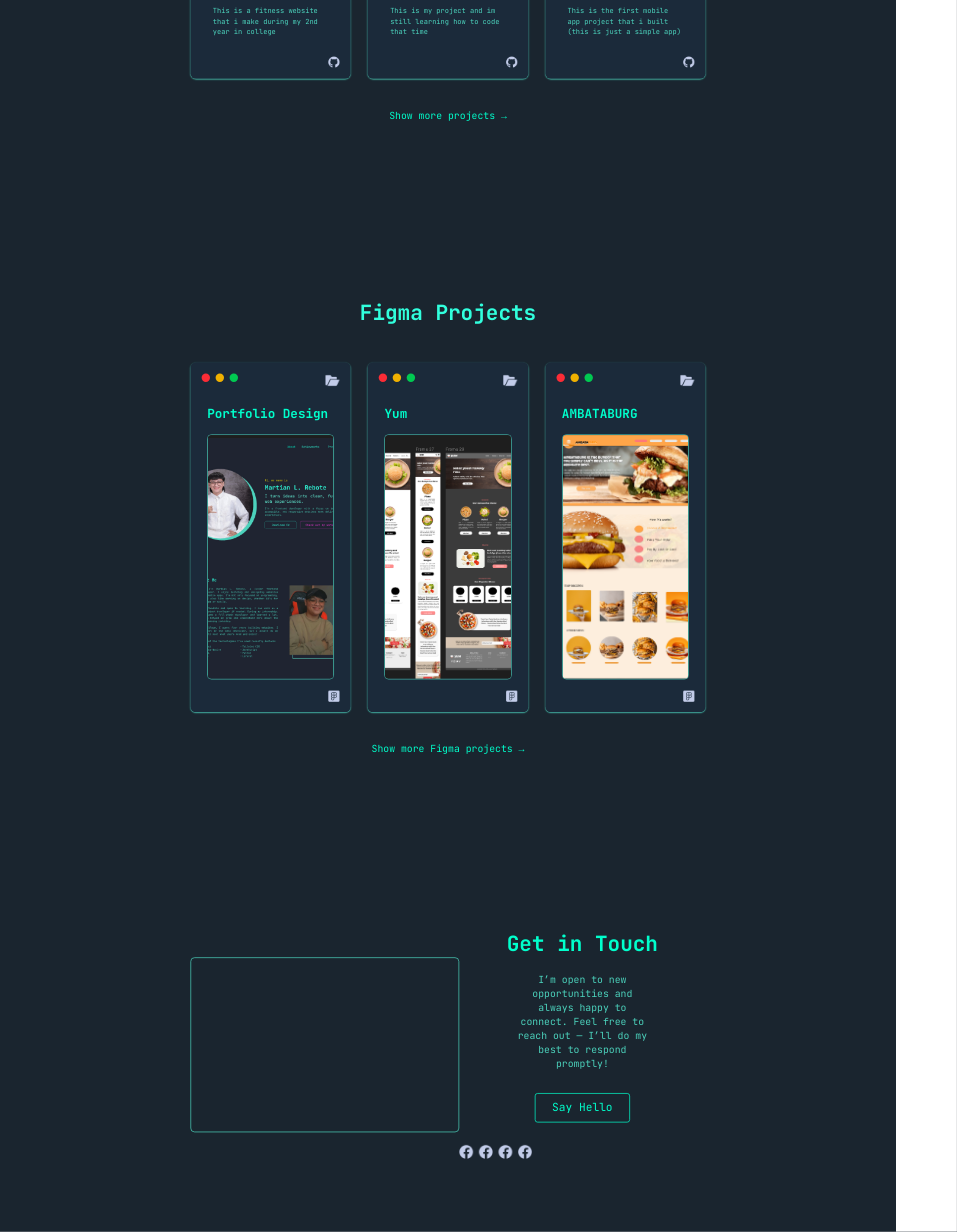
Repository: m4rsu-code/Portfolio
Page: / (app in my-portfolio/)
An editor plug-in stored every save of this project. The page is shown before and after the next save, followed by the edit.
The browser window is 1280 px wide. The page is 1367 px wide, so the pictures cover 1367 px, including what lies to the right of the window. The pictures show the part of the page from y = 3271 to 5031 px (the page is 5031 px tall), at 70% of full size.
The project was rebuilt for these pictures with package versions that can differ from the ones it lists, and the page was loaded fresh each time. Also part of the build but not shown: my-portfolio/vite.config.js, my-portfolio/src/assets/components/Modal/AchievementModal.jsx, my-portfolio/src/AchievementsPage.jsx, my-portfolio/src/ProjectPage.jsx, my-portfolio/src/FigmaProjectsPage.jsx.

Above is the page before, as saved 2025-08-04 18:22:01.

### my-portfolio/src/main.jsx
import { StrictMode } from "react";
import { createRoot } from "react-dom/client";
import { BrowserRouter as Router, Routes, Route } from "react-router-dom";
import "./assets/CSS/index.css";
import App from "./App.jsx";
import AchievementsPage from "./AchievementsPage.jsx";
import ProjectPage from "./ProjectPage.jsx";
import FigmaProjectsPage from "./FigmaProjectsPage.jsx";
import ScrollToTop from "./assets/components/ScrollToTop.jsx";

createRoot(document.getElementById("root")).render(
  <StrictMode>
    <Router>
      <ScrollToTop />
      <Routes>
        <Route path="/" element={<App />} />
        <Route path="/achievements" element={<AchievementsPage />} />
        <Route path="/projects" element={<ProjectPage />} />
        <Route path="/figma-projects" element={<FigmaProjectsPage />} />
      </Routes>
    </Router>
  </StrictMode>
);

### my-portfolio/src/assets/CSS/index.css
@import "tailwindcss";

@layer base {
  .font-jetbrains-mono {
    font-family: 'JetBrains Mono', monospace;
  }
}

### my-portfolio/src/App.jsx
import { useState } from 'react';
import { Link } from 'react-router-dom';
import Navbar from './assets/components/Navbar';
import AchievementModal from './assets/components/Modal/AchievementModal';
import './assets/CSS/animation.css';
import { achievements, projects, figmaProjects } from './assets/components/data';
import ScrollToTopButton from './assets/components/ScrollToTopButton';

function App() {
  const [isModalOpen, setIsModalOpen] = useState(false);
  const [selectedAchievement, setSelectedAchievement] = useState(null);

  const openModal = (achievement) => {
    setSelectedAchievement(achievement);
    setIsModalOpen(true);
  };

  const closeModal = () => {
    setIsModalOpen(false);
    setSelectedAchievement(null);
  };

  return (
    <div className='min-h-screen bg-[#1A252F]'>
      <Navbar />
      <ScrollToTopButton />
      <div className='w-full px-60 py-10'>
        {/* Introduction Section */}
        <div className="flex flex-col items-center justify-center mt-30">
          <div className="flex flex-col md:flex-row items-center justify-center gap-35 px-8 py-16">
            {/* Image with Glowing Effect */}
            <div className="relative">
              <div className="rounded-full border-[2px] border-[#00FFCC] overflow-hidden w-[500px] h-[500px] animate-glow">
                <img
                  src="/Images/me.png"
                  alt="Martian L. Rebote"
                  className="object-cover w-full h-full"
                />
              </div>
            </div>

            {/* Text Content */}
            <div className="text-center md:text-left font-jetbrains-mono">
              <div className='w-full md:w-[750px]'>
                <p className="text-[#FFEA00] text-[18px]">Hi, my name is</p>
                <h1 className="text-[#00FFCC] text-[45px] font-bold mt-2">Martian L. Rebote</h1>
                <p className="text-base text-[30px] font-bold text-[#57CDB9] mt-4">
                  I turn ideas into clean, functional web experiences.
                </p>
                <p className="mt-4 text-[#4CD2BC] leading-relaxed text-[18px]">
                  I’m a frontend developer with a focus on building fast, accessible, and responsive websites that deliver great user experiences.
                </p>
              </div>

              <div className="mt-6 flex flex-col sm:flex-row items-center gap-4">
                <a href="/Martian_Rebote_CV.pdf" className="border border-[#00FFCC] px-5 py-2 rounded-md text-[#00FFCC] hover:bg-[#00FFCC] hover:text-black transition-colors">
                  Download CV
                </a>
                <a href="#projects" className="border border-[#FF38E5] px-5 py-2 rounded-md text-[#FF38E5] hover:bg-[#FF38E5] hover:text-black transition-colors">
                  Check out my work!
                </a>
              </div>
            </div>
          </div>
        </div>

        {/* About Me Section */}
        <div id="about" className="flex flex-col mt-30">
          <div className='flex flex-col md:flex-row items-center justify-between gap-10 px-8 py-16'>
            <div className='w-full md:w-[800px] text-left font-jetbrains-mono'>
              <h2 className='text-[#31FFDD] text-[30px] font-bold mb-7'>About Me</h2>
              <div className='w-full md:w-[900px] text-justify px-5'>
                <p className='text-[#4CD2BC] text-[18px] mt-4'>
                  Hi, I’m Martian L. Rebote, a junior frontend developer. I enjoy building and designing websites and mobile apps. I’m not only focused on programming, but I also like working on design, whether it’s for the web or mobile.
                </p>
                <p className='text-[#4CD2BC] text-[18px] mt-4'>
                  I’m flexible and open to learning. I can work as a full-stack developer if needed. During my internship, I became a full-stack developer and learned a lot, which helped me grow and understand more about the programming industry.
                </p>
                <p className='text-[#4CD2BC] text-[18px] mt-4'>
                  Some of the technologies I’ve used recently include:
                </p>

                <div className='flex flex-col sm:flex-row gap-10 mt-4'>
                  <ul className='text-[#4CD2BC] text-[18px] mt-2 list-disc pl-5'>
                    <li>React</li>
                    <li>React-Native</li>
                    <li>HTML</li>
                    <li>CSS</li>
                  </ul>
                  <ul className='text-[#4CD2BC] text-[18px] mt-2 list-disc pl-5'>
                    <li>Tailwind CSS</li>
                    <li>JavaScript</li>
                    <li>Python</li>
                    <li>Laravel</li>
                  </ul>
                </div>
              </div>
            </div>

            <div className="relative image-container w-[380px] h-[450px] group cursor-pointer">
              <div className="absolute left-5 w-full h-full border-3 border-[#00FFCC] rounded-[10px] uneven-box z-0 transition-transform duration-300 ease-in-out"></div>
              <div className="relative z-10 rounded-[10px] overflow-hidden w-full h-full transition-transform duration-300 ease-in-out group-hover:translate-x-[-10px] group-hover:translate-y-[-10px]">
                <img
                  src="/Images/me2.jpg"
                  alt="Martian L. Rebote"
                  className="object-cover w-full h-full"
                />
              </div>
            </div>
          </div>
        </div>

        {/* Achievements Section */}
        <div id="achievements" className="flex flex-col mt-30 px-8 py-16 font-jetbrains-mono">
          <h2 className="text-[#31FFDD] text-[30px] font-bold mb-12">Notable Achievements</h2>

          {/* Cards Grid - Limited to first 2 achievements */}
          <div>
            {/* First Row */}
            <div className="grid md:grid-cols-2 gap-10">
              {/* Left card (code-like box with image) */}
              <div className="bg-[#1B2A3A] rounded-lg p-4 flex flex-col h-96">
                <div className="flex gap-2 mb-4">
                  <div className="w-3 h-3 bg-red-500 rounded-full"></div>
                  <div className="w-3 h-3 bg-yellow-500 rounded-full"></div>
                  <div className="w-3 h-3 bg-green-500 rounded-full"></div>
                </div>
                <div
                  className="border border-[#4CD2BC] rounded-md flex-grow overflow-hidden group cursor-pointer"
                  onClick={() => openModal(achievements[0])}
                >
                  <img
                    src={achievements[0].image}
                    alt="Achievement Image"
                    className="w-full h-full object-cover transition-transform duration-300 ease-in-out group-hover:scale-110"
                  />
                </div>
              </div>

              {/* Right card (trophy + achievement with text) */}
              <div className="flex flex-col h-64">
                <p className="text-[#31FFDD] text-sm mb-2">Featured Achievement</p>
                <h3 className="text-[#31FFDD] text-lg font-bold flex items-center gap-2">
                  🏆 {achievements[0].title}
                </h3>
                <div className="border border-[#4CD2BC] rounded-md flex-grow mt-4 p-4 text-[#4CD2BC] text-sm overflow-auto">
                  {achievements[0].description}
                </div>
                <p className="text-[#4CD2BC] text-sm mt-2">Date: {achievements[0].date}</p>
              </div>
            </div>

            {/* Second Row */}
            <div className="grid md:grid-cols-2 gap-10 mt-10">
              {/* Left card (trophy + achievement with text) */}
              <div className="flex flex-col h-64">
                <p className="text-[#31FFDD] text-sm mb-2">Featured Achievement</p>
                <h3 className="text-[#31FFDD] text-lg font-bold flex items-center gap-2">
                  🏆 {achievements[1].title}
                </h3>
                <div className="border border-[#4CD2BC] rounded-md flex-grow mt-4 p-4 text-[#4CD2BC] text-sm overflow-auto">
                  {achievements[1].description}
                </div>
                <p className="text-[#4CD2BC] text-sm mt-2">Date: {achievements[1].date}</p>
              </div>

              {/* Right card (code-like box with image) */}
              <div className="bg-[#1B2A3A] rounded-lg p-4 flex flex-col h-96">
                <div className="flex gap-2 mb-4">
                  <div className="w-3 h-3 bg-red-500 rounded-full"></div>
                  <div className="w-3 h-3 bg-yellow-500 rounded-full"></div>
                  <div className="w-3 h-3 bg-green-500 rounded-full"></div>
                </div>
                <div
                  className="border border-[#4CD2BC] rounded-md flex-grow overflow-hidden group cursor-pointer"
                  onClick={() => openModal(achievements[1])}
                >
                  <img
                    src={achievements[1].image}
                    alt="Achievement Image"
                    className="w-full h-full object-cover transition-transform duration-300 ease-in-out group-hover:scale-110"
                  />
                </div>
              </div>
            </div>
          </div>

          {/* Show more link */}
          <div className="text-center mt-10">
            <Link
                to="/achievements"
                state={{ achievements }}
                className="text-[#31FFDD] text-sm hover:underline"
              >
                Show more achievements →
              </Link>
          </div>
        </div>

        {/* Project Section */}
        <div id='projects' className="flex flex-col mt-30 px-8 py-16 font-jetbrains-mono">
          <h2 className="text-[#31FFDD] text-[30px] text-center font-bold mb-12">Featured Projects</h2>
          <div className="grid grid-cols-1 sm:grid-cols-2 lg:grid-cols-3 gap-6">
            {projects.slice(0, 6).map((project) => (
              <div
                key={project.id}
                className="bg-[#1B2A3A] rounded-lg p-4 flex flex-col h-48 relative group shadow-xs shadow-[#4CD2BC] cursor-pointer transform transition-transform duration-300 ease-in-out hover:-translate-y-2"
              >
                <div className="flex gap-2">
                  <div className="w-3 h-3 bg-red-500 rounded-full"></div>
                  <div className="w-3 h-3 bg-yellow-500 rounded-full"></div>
                  <div className="w-3 h-3 bg-green-500 rounded-full"></div>
                  <div className="justify-end ml-auto">
                    <img src="/Images/open-folder.png" alt="Folder Icon" className="w-5 h-5" />
                  </div>
                </div>
                <div className="text-left rounded-md flex-grow p-4">
                  <h3 className="text-[#00FFCC] text-[18px] font-bold mb-2">{project.title}</h3>
                  <p className="text-[#4CD2BC] text-[10px]">{project.description}</p>
                </div>
                <div className="flex justify-end gap-2">
                  {project.githubLink ? (
                    <a href={project.githubLink} target="_blank" rel="noopener noreferrer" aria-label={`View ${project.title} on GitHub`}>
                      <img
                        src="/Images/github.png"
                        alt="GitHub Icon"
                        className="w-4 h-4 hover:invert hover:brightness-0 hover:sepia hover:saturate-[100%]"
                      />
                    </a>
                  ) : (
                    <img
                      src="/Images/github.png"
                      alt="GitHub Icon"
                      className="w-4 h-4 hover:invert hover:brightness-0 hover:sepia hover:saturate-[100%]"
                    />
                  )}
                  {project.title === 'Portfolio' && project.link && (
                    <a href={project.link} target="_blank" rel="noopener noreferrer" aria-label="View Portfolio Website">
                      <img
                        src="/Images/link.png"
                        alt="Link Icon"
                        className="w-4 h-4 hover:invert hover:brightness-0 hover:sepia hover:saturate-[100%]"
                      />
                    </a>
                  )}
                </div>
              </div>
            ))}
          </div>

          {projects.length > 6 && (
            <div className="text-center mt-10">
              <Link
                to="/projects"
                state={{ projects }}
                className="text-[#00FFCC] text-sm hover:underline"
              >
                Show more projects →
              </Link>
            </div>
          )}
        </div>

        {/* Figma Projects Section */}
        <div className="flex flex-col mt-30 px-8 py-16 font-jetbrains-mono">
          <h2 className="text-[#31FFDD] text-[30px] text-center font-bold mb-12">Figma Projects</h2>
          <div className="grid grid-cols-1 sm:grid-cols-2 lg:grid-cols-3 gap-6">
            {figmaProjects.slice(0, 3).map((project) => (
              <div
                key={project.id}
                className="bg-[#1B2A3A] rounded-lg p-4 flex flex-col h-[500px] relative group shadow-xs shadow-[#4CD2BC] cursor-pointer transform transition-transform duration-300 ease-in-out hover:-translate-y-2"
              >
                {/* Header with window controls and folder icon */}
                <div className="flex gap-2 mb-4">
                  <div className="w-3 h-3 bg-red-500 rounded-full"></div>
                  <div className="w-3 h-3 bg-yellow-500 rounded-full"></div>
                  <div className="w-3 h-3 bg-green-500 rounded-full"></div>
                  <div className="justify-end ml-auto">
                    <img src="/Images/open-folder.png" alt="Folder Icon" className="w-5 h-5" />
                  </div>
                </div>

                {/* Project Title */}
                <div className="flex items-start justify-start p-2">
                  <h3 className="text-[#00FFCC] text-[18px] font-bold">{project.title}</h3>
                </div>

                {/* Image with Border and No Overlap */}
                <div className="flex-grow flex items-center justify-center p-2">
                  <div className="border border-[#4CD2BC] rounded-md w-full h-[350px] overflow-hidden ">
                    <img
                      src={project.image}
                      alt={`${project.title} Image`}
                      className="w-full h-full object-cover"
                      onError={(e) => (e.target.src = '/Images/fallback.png')}
                      loading="lazy"
                    />
                  </div>
                </div>

                {/* Figma Link */}
                <div className="flex justify-end gap-2 mt-2">
                  {project.figmaLink && (
                    <a
                      href={project.figmaLink}
                      target="_blank"
                      rel="noopener noreferrer"
                      aria-label={`View ${project.title} on Figma`}
                    >
                      <img
                        src="/Images/figma.png"
                        alt="Figma Icon"
                        className="w-4 h-4 hover:invert hover:brightness-0 hover:sepia hover:saturate-[100%]"
                      />
                    </a>
                  )}
                </div>
              </div>
            ))}
          </div>
          {figmaProjects.length > 3 && (
            <div className="text-center mt-10">
              <Link
                to="/figma-projects"
                state={{ figmaProjects }}
                className="text-[#00FFCC] text-sm hover:underline"
              >
                Show more Figma projects →
              </Link>
            </div>
          )}
        </div>

        {/* Contact section */}
        <div className="flex flex-col mt-30 px-8 py-16 font-jetbrains-mono">
          <div className="flex  items-center justify-center w-full">

            {/* Left side — the outlined box */}
            <div className="border border-[#4CD2BC] md:w-[800px] md:h-[250px] rounded-md"></div>

            {/* Right side — text, button, and icons */}
            <div className="w-full text-center ">
              <h2 className="text-[#00FFCC] text-2xl md:text-3xl font-bold mb-6">Get in Touch</h2>
              <p className="text-[#4CD2BC] text-sm  mb-8 px-20">
                I’m open to new opportunities and always happy to connect. Feel free to reach out — I’ll do my best to respond promptly!
              </p>
              <button className="border border-[#00FFCC] text-[#00FFCC] px-6 py-2 rounded hover:bg-[#00FFCC] hover:text-[#131A26] transition duration-300 mb-8 cursor-pointer">
                Say Hello
              </button>

              {/* Social icons */}
              <div className="flex items-center justify-center md:justify-start gap-2 text-[#A0AEC0]">
                <a href="#" className="hover:text-[#00FFCC]">
                  <img src="/Images/facebook.png" alt="" className='w-5 h-5'/>
                </a>
                <a href="#" className="hover:text-[#00FFCC]">
                  <img src="/Images/facebook.png" alt="" className='w-5 h-5'/>
                </a>
                <a href="#" className="hover:text-[#00FFCC]">
                  <img src="/Images/facebook.png" alt="" className='w-5 h-5'/>
                </a>
                <a href="#" className="hover:text-[#00FFCC]">
                  <img src="/Images/facebook.png" alt="" className='w-5 h-5'/>
                </a>
              </div>
            </div>
          </div>
        </div>


        {/* Modal */}
        {isModalOpen && selectedAchievement && (
          <AchievementModal
            image={selectedAchievement.image}
            title={selectedAchievement.title}
            description={selectedAchievement.description}
            date={selectedAchievement.date}
            onClose={closeModal}
          />
        )}
      </div>
    </div>
  );
}

export default App;

### my-portfolio/src/assets/components/ScrollToTop.jsx
import { useEffect } from 'react';
import { useLocation } from 'react-router-dom';

const ScrollToTop = () => {
  const { pathname } = useLocation();

  useEffect(() => {
    // Scrolls to the top of the window on pathname change
    window.scrollTo(0, 0);
  }, [pathname]);

  return null;
};

export default ScrollToTop;

### my-portfolio/src/assets/components/Navbar.jsx
import React from 'react';
import '../CSS/Navbar.css'; // Import the CSS for styling

function Navbar() {
  return (
    <nav className="w-full px-10 py-4 flex justify-between items-center fixed top-0 left-0 z-50 bg-transparent backdrop-blur-md font-jetbrains-mono">
      {/* Logo on the left */}
      <a href="/" className='text-3xl font-bold text-[#FF38E5] cursor-pointer'>m4rsu</a>
      {/* Navigation links on the right */}
      <div className='flex gap-10 text-base'>
        <a href='#about' className='text-[#31FFDD] text-[15px] font-light nav-link'>About</a>
        <a href='#achievements' className='text-[#31FFDD] text-[15px] font-light nav-link'>Achievements</a>
        <a href='#projects' className='text-[#31FFDD] text-[15px] font-light nav-link'>Projects</a>
        <a href='#contact' className='text-[#31FFDD] text-[15px] font-light nav-link'>Contact</a>
      </div>
    </nav>
  );
}

export default Navbar;

### my-portfolio/src/assets/CSS/animation.css
@keyframes glow {
  0% {
    box-shadow: 0 0 5px #00FFCC, 0 0 10px #00FFCC, 0 0 15px #00FFCC, 0 0 20px #00FFCC;
  }
  50% {
    box-shadow: 0 0 10px #00FFCC, 0 0 20px #00FFCC, 0 0 30px #00FFCC, 0 0 40px #00FFCC;
  }
  100% {
    box-shadow: 0 0 5px #00FFCC, 0 0 10px #00FFCC, 0 0 15px #00FFCC, 0 0 20px #00FFCC;
  }
}

@keyframes glow {
  0% {
    box-shadow: 0 0 5px #00FFCC, 0 0 10px #00FFCC;
  }
  50% {
    box-shadow: 0 0 15px #00FFCC, 0 0 25px #00FFCC;
  }
  100% {
    box-shadow: 0 0 5px #00FFCC, 0 0 10px #00FFCC;
  }
}

.animate-glow {
  animation: glow 2s ease-in-out infinite;
}

.uneven-box {
  transform: translateY(20px); /* move it downward initially */

  transition: transform 0.3s ease-in-out;
}

.image-container:hover .uneven-box {
  transform: translateY(30px); /* move it further down on hover */
}

### my-portfolio/src/assets/CSS/Navbar.css
.nav-link {
  position: relative;
  text-decoration: none;
}

.nav-link::after {
  content: '';
  position: absolute;
  width: 100%;
  height: 2px;
  bottom: -2px;
  left: 0;
  background-color: #31FFDD;
  transform: scaleX(0);
  transform-origin: bottom right;
  transition: transform 0.3s ease-in-out;
}

.nav-link:hover::after {
  transform: scaleX(1);
  transform-origin: bottom left;
}

Loaded but not shown: my-portfolio/index.html (common file); my-portfolio/src/assets/components/data.jsx (105 lines, source omitted); my-portfolio/src/assets/components/ScrollToTopButton.jsx (68 lines, source omitted)

After the next save:
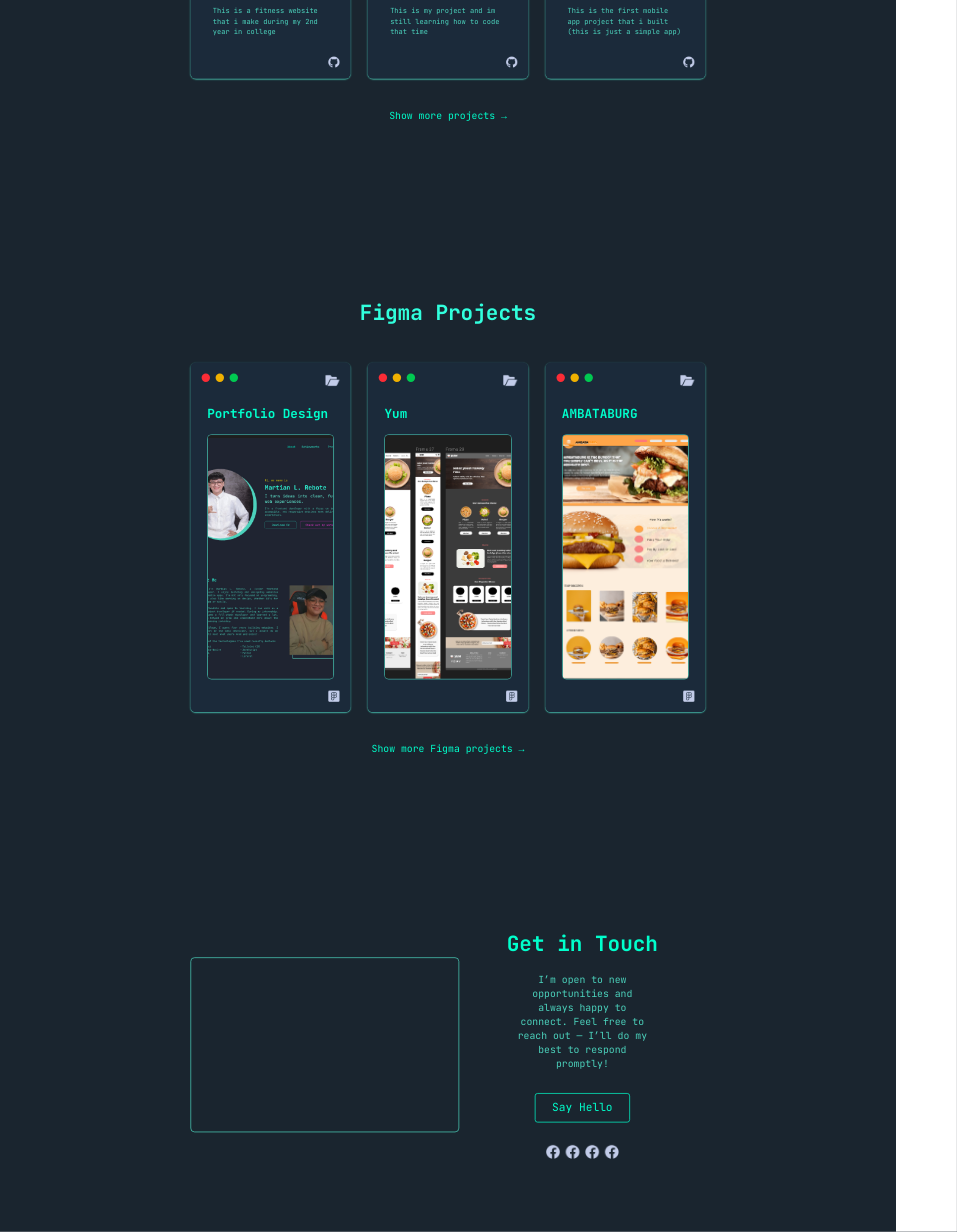
Saved 9 s later.
--- a/my-portfolio/src/App.jsx
+++ b/my-portfolio/src/App.jsx
@@ -349,7 +349,7 @@ function App() {
               </button>
 
               {/* Social icons */}
-              <div className="flex items-center justify-center md:justify-start gap-2 text-[#A0AEC0]">
+              <div className="flex items-center justify-center md:justify-center gap-2 text-[#A0AEC0]">
                 <a href="#" className="hover:text-[#00FFCC]">
                   <img src="/Images/facebook.png" alt="" className='w-5 h-5'/>
                 </a>
